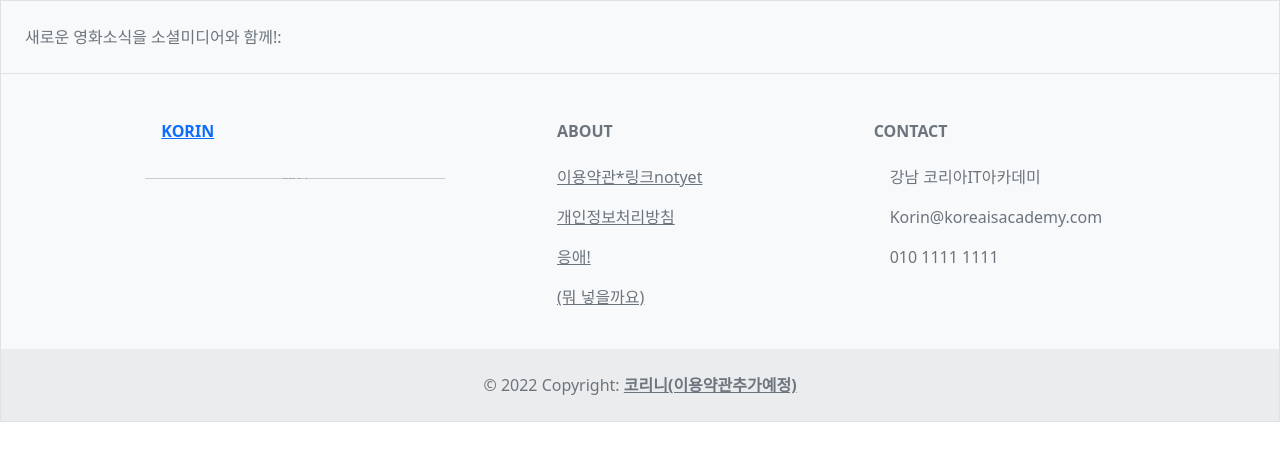
Repository: Nappy97/theather
Page: http://localhost/Cinema/WEB-INF/views/common/footer.jsp
The author's editor kept a copy of each file at every save. The page is drawn from the files as they stood at one save, then again after the next save.
The browser window is 1280 px wide. The pictures show the whole page.
The page is served by Tomcat 9. Nobody is signed in. The template is opened directly, without the code that normally fills it, so the values that code supplies are empty.

Above is the page before, as saved 2022-09-16 10:38:15.

After the next save:
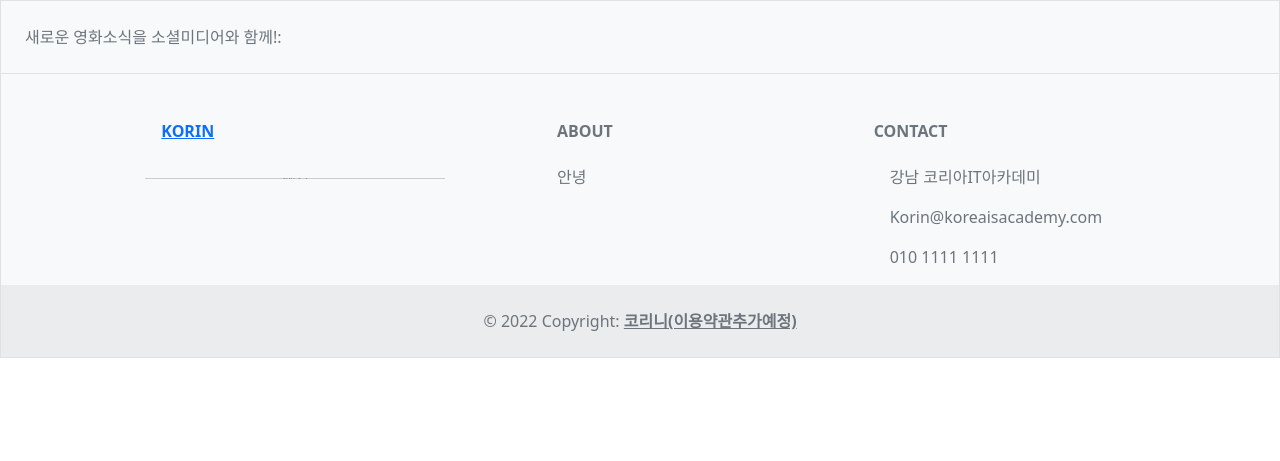
Saved 34 s later.
--- a/project/Cinema/src/main/webapp/WEB-INF/views/common/footer.jsp
+++ b/project/Cinema/src/main/webapp/WEB-INF/views/common/footer.jsp
@@ -75,16 +75,7 @@
                         about
                     </h6>
                     <p>
-                        <a href="#!" class="text-reset">이용약관*링크notyet</a>
-                    </p>
-                    <p>
-                        <a href="#!" class="text-reset">개인정보처리방침</a>
-                    </p>
-                    <p>
-                        <a href="#!" class="text-reset">응애!</a>
-                    </p>
-                    <p>
-                        <a href="#!" class="text-reset">(뭐 넣을까요)</a>
+                        안녕
                     </p>
                 </div>
                 <!-- Grid column -->
